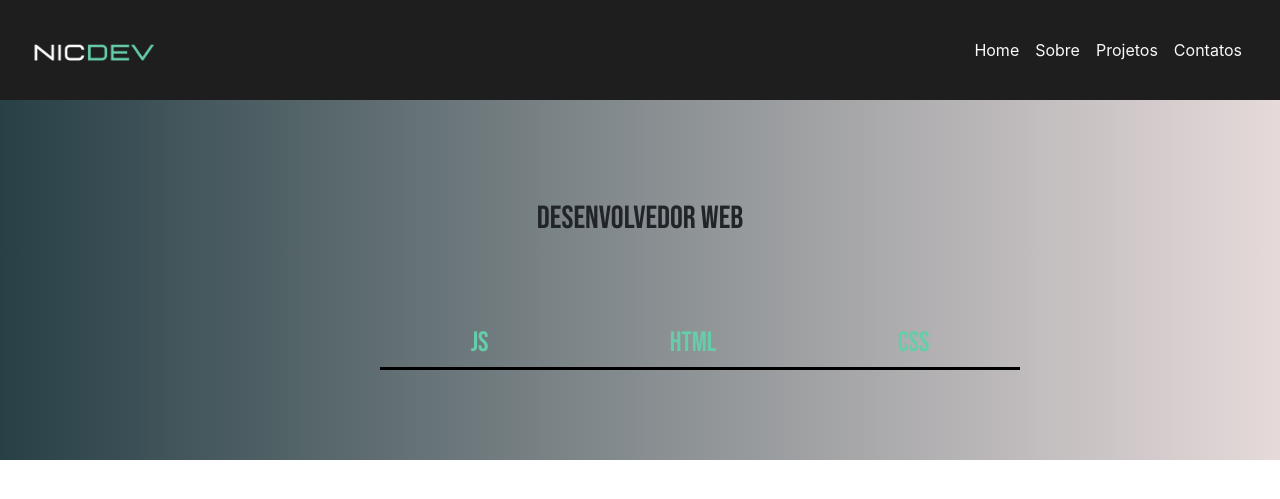
Repository: Leonngc/nicdev
Page: index.html
The author's editor kept a copy of each file at every save. The page is drawn from the files as they stood at one save, then again after a run of saves.
The browser window is 1280 px wide. The pictures show the whole page.

Above is the page before, as saved 2023-04-14 10:46:07.

After the next 2 saves:
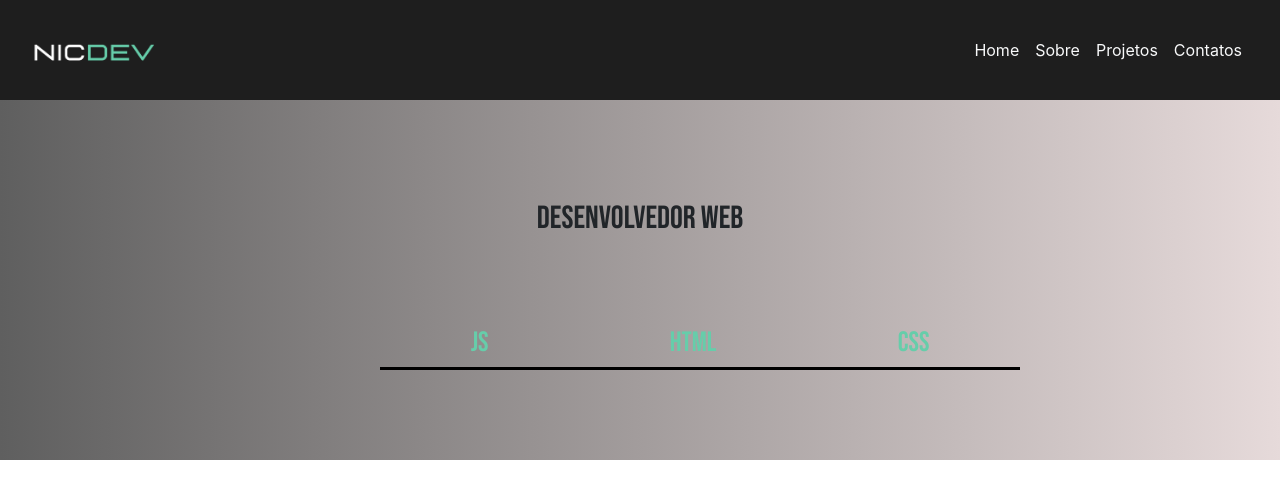
The 2 saves are shown as one change because they came seconds apart.
The last was saved 36 s later.
--- a/styles/gradiente.css
+++ b/styles/gradiente.css
@@ -13,7 +13,7 @@
    font-family: var(--bebas-neue);
    background: #E6DADA;  /* fallback for old browsers */
 background: -webkit-linear-gradient(to right, #274046, #E6DADA);  /* Chrome 10-25, Safari 5.1-6 */
-background: linear-gradient(to right, #274046, #E6DADA); /* W3C, IE 10+/ Edge, Firefox 16+, Chrome 26+, Opera 12+, Safari 7+ */
+background: linear-gradient(to right, #5f5f5f, #E6DADA); /* W3C, IE 10+/ Edge, Firefox 16+, Chrome 26+, Opera 12+, Safari 7+ */
 
 }
 
